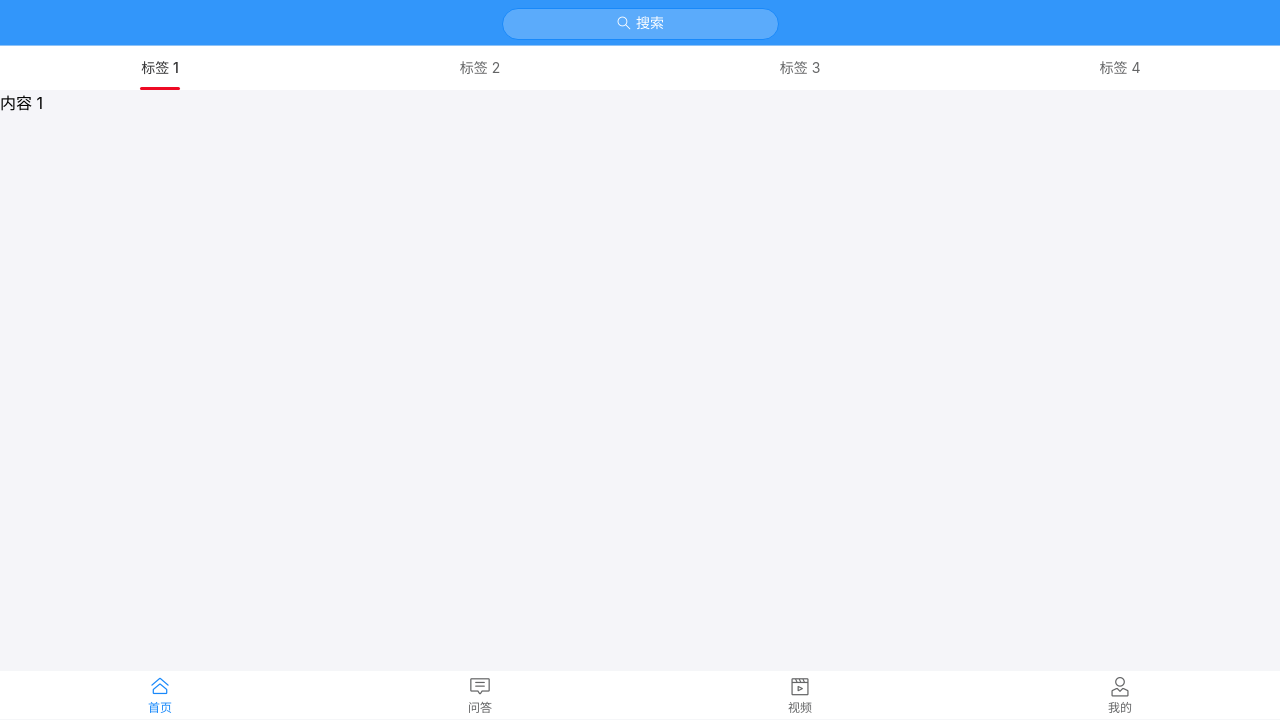
Repository: xn-lb/toutiao-mb
Page: /
These files come from the project's save history. The page is drawn as it stood at one moment and after the next save; the edit follows.
The browser window is 1280 px wide. The pictures show the whole page.
The project was rebuilt for these pictures with package versions that can differ from the ones it lists, and the page was loaded fresh each time. Also part of the build but not shown: vue.config.js.

Above is the page before, as saved 2023-04-08 22:04:08.

### src/main.js
import Vue from 'vue'
import App from './App.vue'
import router from './router'
import store from './store'
// 加载全局样式
import './styles/index.less'
import Vant from 'vant' //加载Vant 组件库

import 'amfe-flexible' //加载动态设置  rem 基准值

Vue.use(Vant); //注册使用组件库

import 'vant/lib/index.css' //加载全局样式

Vue.config.productionTip = false

new Vue({
    router,
    store,
    render: h => h(App)
}).$mount('#app')

### src/App.vue
<template>
  <div id="app">
  <!-- 路由的出口 -->
    <router-view></router-view>



  </div>
</template>
<script>
export default {
  name: 'APP'
}
</script>
<style lang="less">

</style>

### src/router/index.js
import Vue from 'vue'
import VueRouter from 'vue-router'



Vue.use(VueRouter)

// 路由表
const routes = [{
        path: '/login',
        name: 'LoginIndex',
        component: () =>
            import ('@/views/login')
    },
    {
        path: '/',
        component: () =>
            import ('@/views/layout/'),
        children: [{
                path: '/qa',
                name: 'qa',
                component: () =>
                    import ('@/views/qa/')
            },
            {
                path: '/video',
                name: 'video',
                component: () =>
                    import ('@/views/video/')
            },
            {
                path: '/my', //默认子路由
                name: 'my',
                component: () =>
                    import ('@/views/my/')
            },
            {
                path: '', //默认子路由
                name: 'home',
                component: () =>
                    import ('@/views/home/')
            }
        ]
    }

]

const router = new VueRouter({
    routes
})

export default router

### src/store/index.js
import { getItem, setItem } from '@/utils/strorage'
import Vue from 'vue'
import Vuex from 'vuex'

Vue.use(Vuex)

const USER_KEY = 'toutiao-user'
export default new Vuex.Store({
    // namespaced: true, //关闭命名空间
    state: {
        user: getItem(USER_KEY) //使用封装模块的方式

        //使用原型模式  =>  user: JSON.parse(window.localStorage.getItem('user')) // 存储当前登录用户的登录状态（token 等数据）
    },
    getters: {},
    mutations: {
        setUser(state, data) {
            state.user = data
                // 为了防止页面刷新数据丢失，我们还需要把数据放到本地存储中，这里仅仅是为了持久化数据

            setItem(USER_KEY, state.user) //使用封装模块的方式
                //使用原型模式  =>  window.localStorage.setItem('user', JSON.stringify(state.user))
        }
    },
    actions: {},
    modules: {}
})

### src/styles/index.less
// 全局样式文件
// 加载图标样式
@import "./icon.less";

body{
    background-color: #f5f5f9;
}
.app-nav-bar{
    background-color: #3296fa !important;
    .van-nav-bar__title{
        color: #fff;
    }
    .van-icon{
        color:#fff !important;
    }
}

### src/views/layout/index.vue
<template>
    <div class="layout-container">
         <!-- 子路由出口 -->
        <router-view />

        <!-- 底部导航栏 -->
        <van-tabbar v-model="active" route>
            <van-tabbar-item icon="home-o" to="/">首页</van-tabbar-item>
            <van-tabbar-item icon="comment-o" to="/qa">问答</van-tabbar-item>
            <van-tabbar-item icon="video-o" to="/video">视频</van-tabbar-item>
            <van-tabbar-item icon="user-o" to="/my">我的</van-tabbar-item>
        </van-tabbar>
    </div>


</template>

<script>
export default {
    name:'layoutIndex',
    components:{},
    props:{},
    data(){
        return{
            active:0
        }
    }
}
</script>

<style>

</style>

### src/views/home/index.vue
<template>
  <div class="home-container">
  <!-- 首页 -->
    <van-nav-bar class="app-nav-bar">
      <van-button
      class="search-btn"
      slot="title"
      icon="search"
      type="info"
      round
      size="small"
      >搜索</van-button>
    </van-nav-bar>

    <!-- 文章频道列表 -->
    <van-tabs v-model="active">
      <van-tab title="标签 1">内容 1</van-tab>
      <van-tab title="标签 2">内容 2</van-tab>
      <van-tab title="标签 3">内容 3</van-tab>
      <van-tab title="标签 4">内容 4</van-tab>
    </van-tabs>
  </div>

</template>

<script>
export default {
  name:'HomeIndex',
  components:{},
  props:{},
  data () {
    return{
      active: 0, //tab标签 初始标签
    }
  }
}
</script>

<style lang="less" scoped>
.home-container {
  /deep/ .van-nav-bar__title{
      max-width: none;
    }
  .search-btn{
    width: 277px;
    height: 32px;
    background: #5babfb;
    .van-button__text{
      font-size: 14px;
    }
    .van-icon{
      font-size: 16px;
    }
    }

  }
</style>

### src/utils/strorage.js
// 本地存储封装模块

// 获取
export const getItem = (name) => {
    const data = window.localStorage.getItem(name)
    try {
        // 尝试把data转为JavaScript对象
        return JSON.parse(data)
    } catch (err) {
        // data不是JSON格式字符串，直接原样返回
        return data
    }
}

// 存储
export const setItem = (name, value) => {
    // 如果value 是对象，就把value 转为JSON格式字符串再储存
    if (typeof value === 'object') {
        value = JSON.stringify(value)
    }
    window.localStorage.setItem(name, value)
}



// 删除
export const removeItem = (name) => {
    window.localStorage.removeItem(name)
}

### src/styles/icon.less
@font-face {
    font-family: "toutiao"; /* Project id 3968849 */
    src: url('//at.alicdn.com/t/c/font_3968849_y288fdc89co.eot?t=1679462277967'); /* IE9 */
    src: url('//at.alicdn.com/t/c/font_3968849_y288fdc89co.eot?t=1679462277967#iefix') format('embedded-opentype'), /* IE6-IE8 */
         url('//at.alicdn.com/t/c/font_3968849_y288fdc89co.woff2?t=1679462277967') format('woff2'),
         url('//at.alicdn.com/t/c/font_3968849_y288fdc89co.woff?t=1679462277967') format('woff'),
         url('//at.alicdn.com/t/c/font_3968849_y288fdc89co.ttf?t=1679462277967') format('truetype'),
         url('//at.alicdn.com/t/c/font_3968849_y288fdc89co.svg?t=1679462277967#toutiao') format('svg');
  }

  .toutiao {
    font-family: "toutiao" !important;
    font-size: 16px;
    font-style: normal;
    -webkit-font-smoothing: antialiased;
    -moz-osx-font-smoothing: grayscale;
  }

  .toutiao-guanbi:before {
    content: "\e601";
  }

  .toutiao-gengduo:before {
    content: "\e602";
  }

  .toutiao-pinglun:before {
    content: "\e603";
  }

  .toutiao-shanchu:before {
    content: "\e604";
  }

  .toutiao-dianzan:before {
    content: "\e605";
  }

  .toutiao-lishi:before {
    content: "\e606";
  }

  .toutiao-shipin:before {
    content: "\e607";
  }

  .toutiao-shoucang:before {
    content: "\e608";
  }

  .toutiao-yanzhengma:before {
    content: "\e609";
  }

  .toutiao-wenda:before {
    content: "\e60a";
  }

  .toutiao-fenxiang:before {
    content: "\e60b";
  }

  .toutiao-youjiantou:before {
    content: "\e60c";
  }

  .toutiao-wuwangluo:before {
    content: "\e60d";
  }

  .toutiao-shouji:before {
    content: "\e60e";
  }

  .toutiao-zuojiantou:before {
    content: "\e60f";
  }

  .toutiao-shouye:before {
    content: "\e610";
  }

  .toutiao-wode:before {
    content: "\e611";
  }

  .toutiao-sousuo:before {
    content: "\e612";
  }

  .toutiao-zuopin:before {
    content: "\e613";
  }

  .toutiao-yuedu:before {
    content: "\e614";
  }

Loaded but not shown: public/index.html (common file)

After the next save:
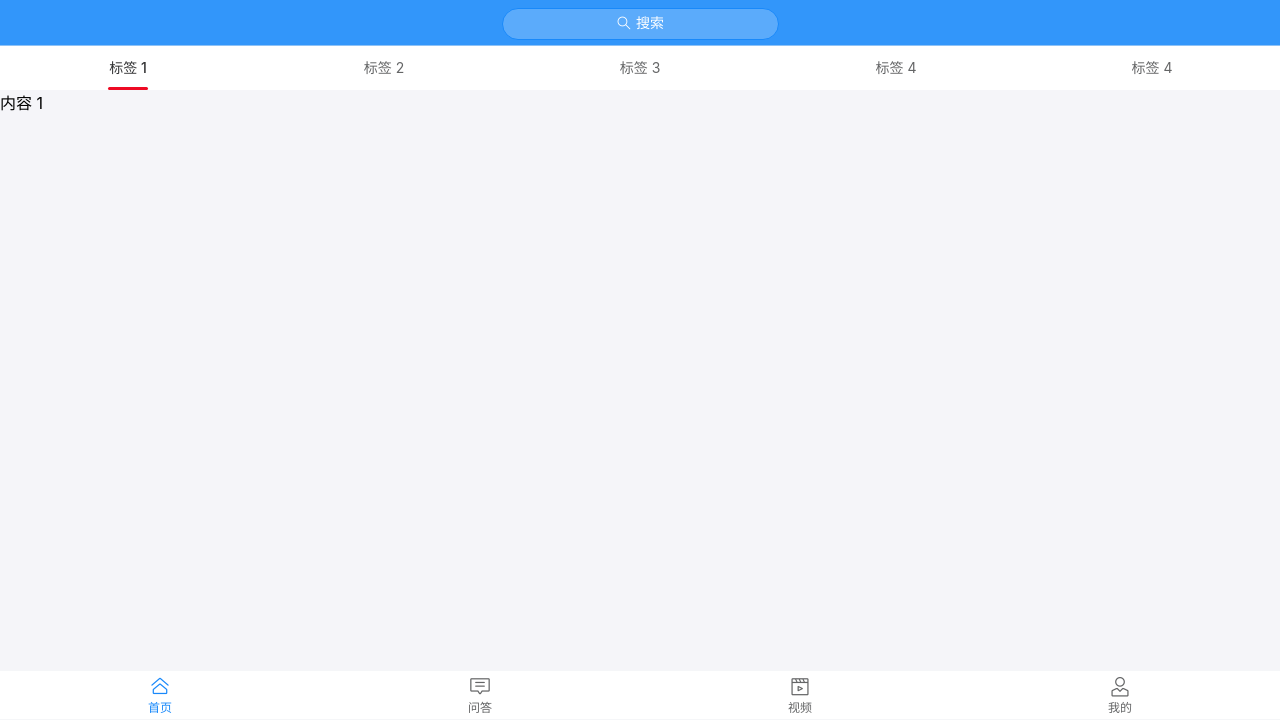
Saved 11 s later.
--- a/src/views/home/index.vue
+++ b/src/views/home/index.vue
@@ -18,6 +18,7 @@
       <van-tab title="标签 2">内容 2</van-tab>
       <van-tab title="标签 3">内容 3</van-tab>
       <van-tab title="标签 4">内容 4</van-tab>
+      <van-tab title="标签 4">内容 5</van-tab>
     </van-tabs>
   </div>
 
